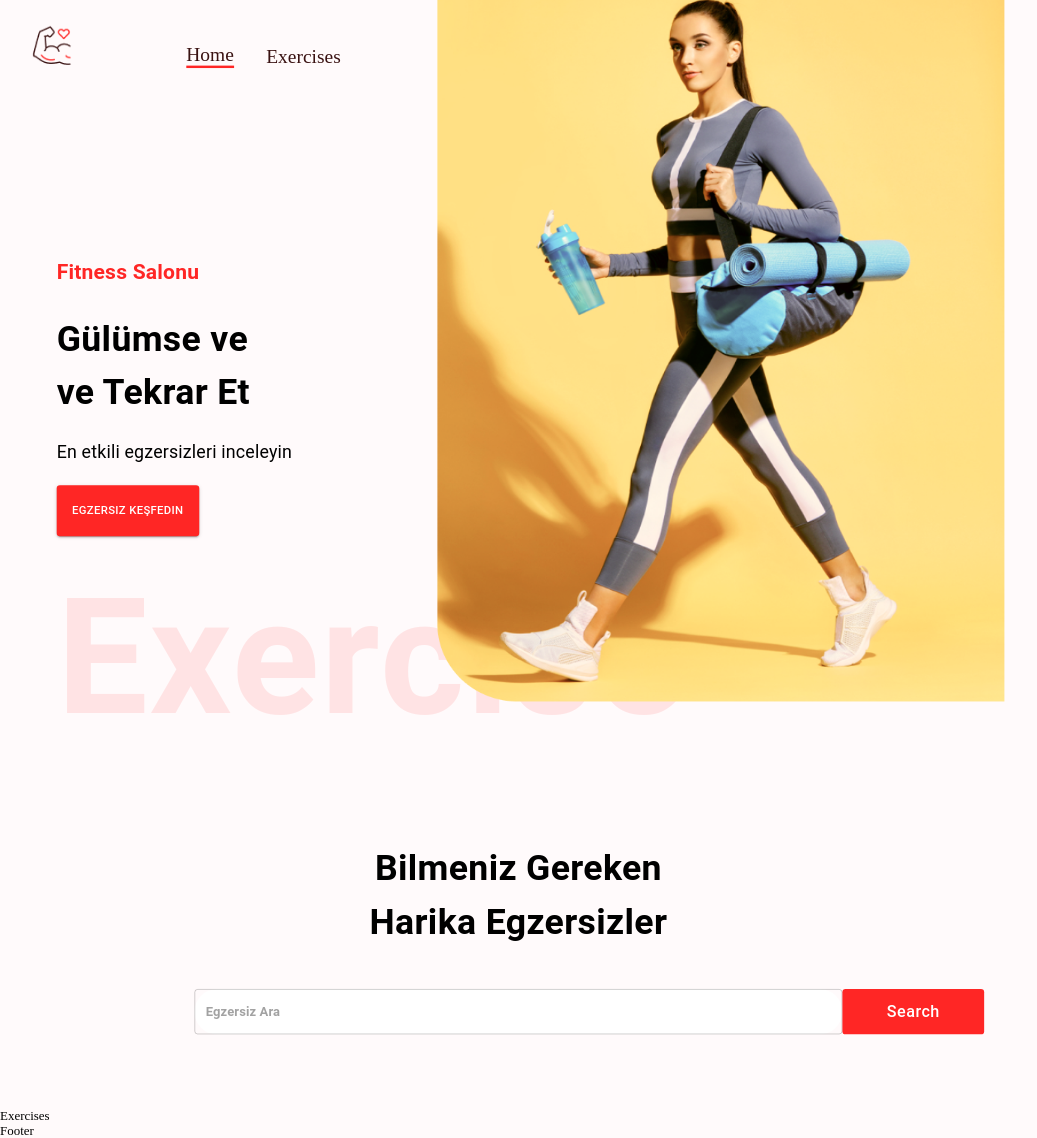
Repository: Kubraaygun/Gym_App
Page: /
An editor plug-in stored every save of this project. The page is shown before and after the next save, followed by the edit.
The browser window is 1280 px wide. The pictures show the whole page, at 81% of full size.
The project was rebuilt for these pictures with package versions that can differ from the ones it lists, and the page was loaded fresh each time. Also part of the build but not shown: src/pages/ExerciseDetail.js.

Above is the page before, as saved 2025-01-25 18:11:42.

After the next save:
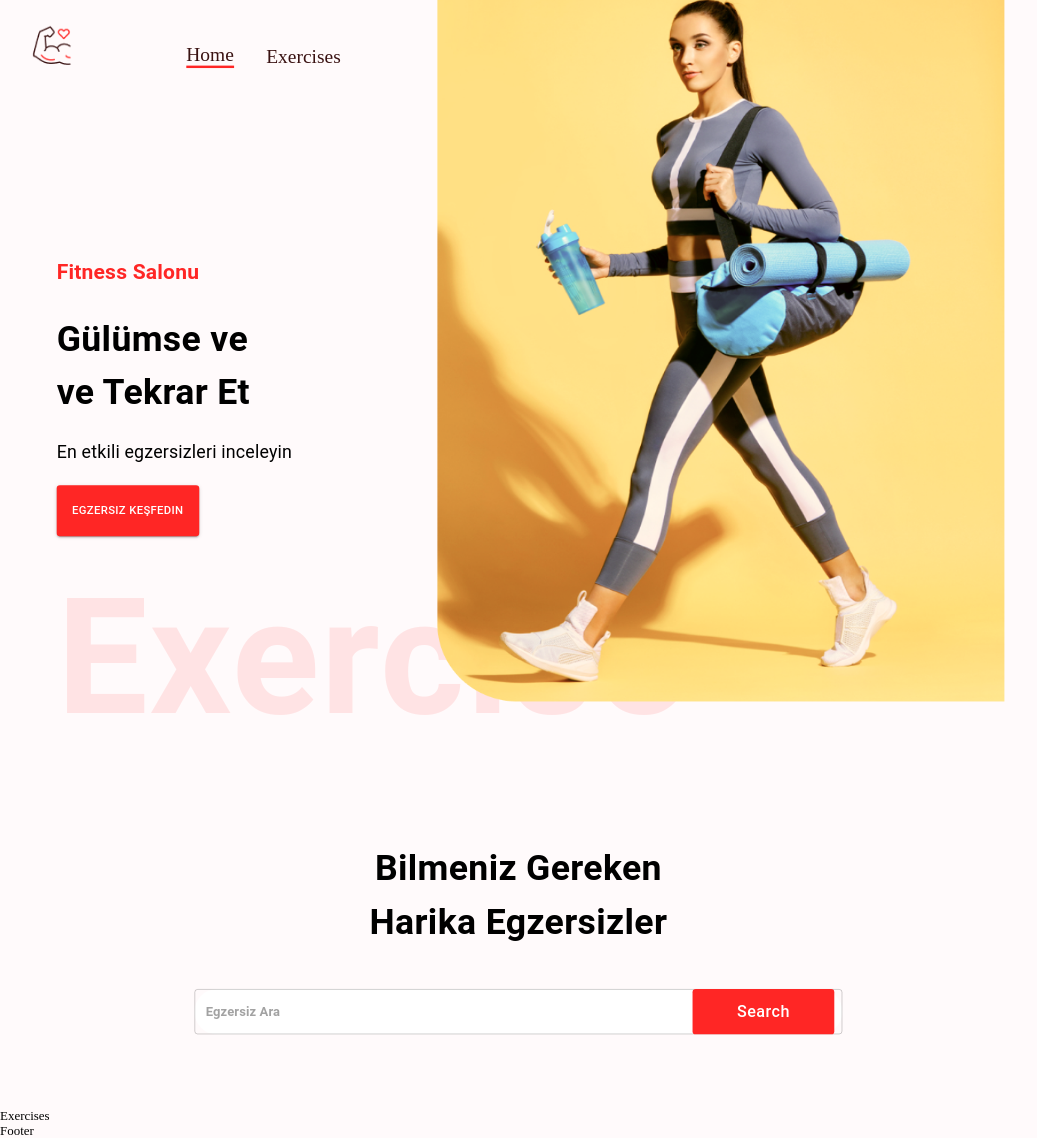
Saved 7 min 36 s later.
--- a/src/components/SearchExercises.js
+++ b/src/components/SearchExercises.js
@@ -35,6 +35,7 @@ const SearchExercises = () => {
             fontSize: { lg: "20px", sx: "14px" },
             height: "56px",
             position: "absolute",
+            right: "10px",
           }}
         >
           Search
